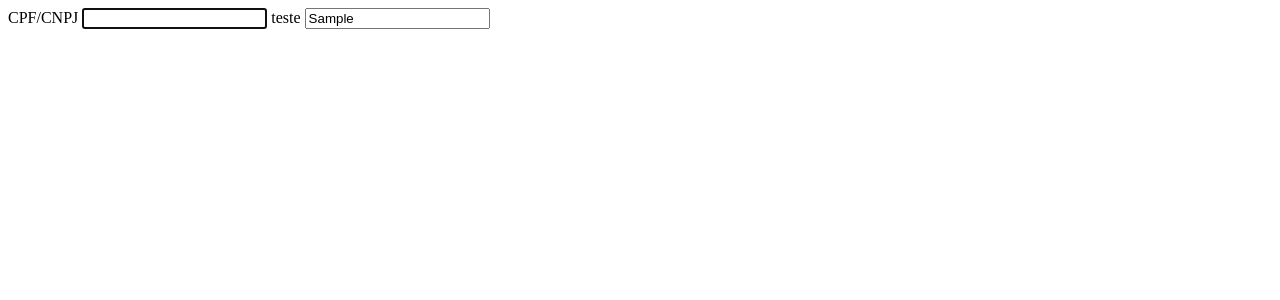
Repository: edsonjuniornarvaes/utils-js
Page: index.html
An editor plug-in stored every save of this project. The page is shown before and after a run of saves, followed by the edit.
The browser window is 1280 px wide. The pictures show the whole page.
Empty fields were first filled with sample values (such as "Sample", 5 or name@example.com).
After loading, the first visible `#validate_cnpj_cpf` was changed once.

Above is the page before, as saved 2020-07-29 00:02:07.

### index.html
<div class="">
    <label>CPF/CNPJ</label>
    <input type="text" class="form-control cnpj_validator" id="validate_cnpj_cpf">
    <label>teste</label>
    <input type="text" class="form-control">
</div>

<script src="./util.js"></script>

### util.js

/**
 * Util Page
 *
 * @author Edson Junior <edsonjunior.narvaes@gmail.com>
 */

/* -----------------------------------------------------------------------------
- Validation "CNPJ/CPF Forms - Valida CNPJ/CPF no mesmo campo em formulários.
- ---------------------------------------------------------------------------- */

let cnpj_cpf = document.getElementById('validate_cnpj_cpf');

cnpj_cpf.addEventListener('change', () => {

    if(verificarCNPJ_CPF(cnpj_cpf.value) == false) {
        alert('Registro inválido.');
        cnpj_cpf.value = "";
        cnpj_cpf.focus();
    }

    alert('Registro válido');

});

// let verifyCNPJCPF = (str) => {
// console.log(str)
//     let value = str.toString();
//     value = value.replace(/[^0-9]/g, '');

//     if(value.length == 11) return valida_cpf(value);
//     if(value.length == 14) return valida_cnpj(value);

//     return false;

// }

function verificarCNPJ_CPF(str) {

    var valor = str.toString();
    valor = valor.replace(/[^0-9]/g, '');

    if (valor.length === 11) {
        return valida_cpf(valor);
    } else if (valor.length === 14) {
        return valida_cnpj(valor);
    } else {
        return false;
    }
}


// let validateCPF = (strCPF) => {

//     let sum = 0;
//     let rest;

//     if ( (strCPF == '00000000000') || (strCPF == '11111111111') || (strCPF == '22222222222') || (strCPF == '33333333333') ||
//          (strCPF == '44444444444') || (strCPF == '55555555555') || (strCPF == '66666666666') || (strCPF == '77777777777') ||
//          (strCPF == '88888888888') || (strCPF == '99999999999') ) return false;

//     for (let i = 1; i <= 9; i++) sum = sum + parseInt(strCPF.substring(i - 1, i)) * (11 - i);
//     rest = (sum * 10) % 11;

//     if ( (rest == 10) || (rest == 11) ) rest = 0;
//     if ( rest != parseInt( strCPF.substring( 9, 10 )) ) return false;

//     sum = 0;
//     for ( i = 1; i <= 10; i++ ) sum = sum + parseInt( strCPF.substring(i - 1, i) ) * ( 12 - i );
//     rest = (sum * 10) % 11;

//     if ( (rest == 10) || (rest == 11) ) rest = 0;
//     if ( rest != parseInt(strCPF.substring( 10, 11 ) )) return false;

//     return true;
// }

// function validateCnpj(cnpj) {

//     if ( (cnpj == "00000000000000") || (cnpj == "11111111111111") || (cnpj == "22222222222222") || (cnpj == "33333333333333") ||
//          (cnpj == "44444444444444") || (cnpj == "55555555555555") || (cnpj == "66666666666666") || (cnpj == "77777777777777") ||
//          (cnpj == "88888888888888") || (cnpj == "99999999999999") ) return false;

//     let width = cnpj.length - 2
//     let numbers = cnpj.substring(0, width);
//     let digts = cnpj.substring(width);
//     let sum = 0;
//     let pos = width - 7;

//     for ( let i = width; i >= 1; i-- ) {
//         sum += numbers.charAt( width - i ) * pos--;
//         if ( pos < 2 ) pos = 9;
//     }

//     let resultado = sum % 11 < 2 ? 0 : 11 - sum % 11;

//     if ( resultado != digts.charAt(0) ) return false;

//     width = width + 1;
//     numbers = cnpj.substring(0, width);
//     sum = 0;
//     pos = width - 7;

//     for ( i = width; i >= 1; i-- ) {
//         sum += numbers.charAt( width - i ) * pos--;
//         if ( pos < 2 ) pos = 9;
//     }

//     resultado = sum % 11 < 2 ? 0 : 11 - sum % 11;

//     if (resultado != digts.charAt(1)) return false;

//     return true;
// }
function valida_cpf(strCPF) {
    var Soma;
    var Resto;
    Soma = 0;

    if ((strCPF == '00000000000') ||
        (strCPF == '11111111111') ||
        (strCPF == '22222222222') ||
        (strCPF == '33333333333') ||
        (strCPF == '44444444444') ||
        (strCPF == '55555555555') ||
        (strCPF == '66666666666') ||
        (strCPF == '77777777777') ||
        (strCPF == '88888888888') ||
        (strCPF == '99999999999')) return false;

    for (var i = 1; i <= 9; i++) {
        Soma = Soma + parseInt(strCPF.substring(i - 1, i)) * (11 - i);
    }

    Resto = (Soma * 10) % 11;

    if ((Resto == 10) || (Resto == 11)) Resto = 0;
    if (Resto != parseInt(strCPF.substring(9, 10))) return false;

    Soma = 0;
    for (i = 1; i <= 10; i++) Soma = Soma + parseInt(strCPF.substring(i - 1, i)) * (12 - i);
    Resto = (Soma * 10) % 11;

    if ((Resto == 10) || (Resto == 11)) Resto = 0;
    if (Resto != parseInt(strCPF.substring(10, 11))) return false;

    return true;
}

function valida_cnpj(cnpj) {

    if (cnpj == "00000000000000" ||
        cnpj == "11111111111111" ||
        cnpj == "22222222222222" ||
        cnpj == "33333333333333" ||
        cnpj == "44444444444444" ||
        cnpj == "55555555555555" ||
        cnpj == "66666666666666" ||
        cnpj == "77777777777777" ||
        cnpj == "88888888888888" ||
        cnpj == "99999999999999") return false;

    var tamanho = cnpj.length - 2
    var numeros = cnpj.substring(0, tamanho);
    var digitos = cnpj.substring(tamanho);
    var soma = 0;
    var pos = tamanho - 7;

    for (var i = tamanho; i >= 1; i--) {
        soma += numeros.charAt(tamanho - i) * pos--;
        if (pos < 2)
            pos = 9;
    }

    var resultado = soma % 11 < 2 ? 0 : 11 - soma % 11;

    if (resultado != digitos.charAt(0))
        return false;

    tamanho = tamanho + 1;
    numeros = cnpj.substring(0, tamanho);
    soma = 0;
    pos = tamanho - 7;

    for (i = tamanho; i >= 1; i--) {
        soma += numeros.charAt(tamanho - i) * pos--;
        if (pos < 2)
            pos = 9;
    }

    resultado = soma % 11 < 2 ? 0 : 11 - soma % 11;

    if (resultado != digitos.charAt(1))
        return false;

    return true;
}

After the next 2 saves:
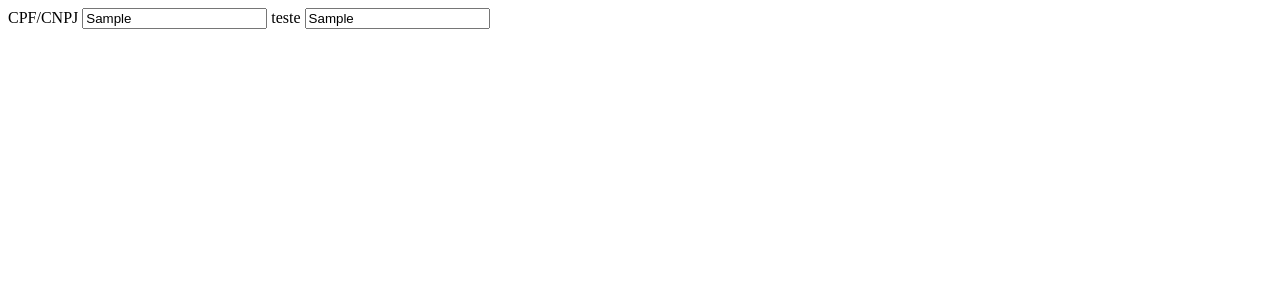
The 2 saves are shown as one change because they came seconds apart.
The last was saved 44 s later.
--- a/util.js
+++ b/util.js
@@ -13,13 +13,28 @@ let cnpj_cpf = document.getElementById('validate_cnpj_cpf');
 
 cnpj_cpf.addEventListener('change', () => {
 
-    if(verificarCNPJ_CPF(cnpj_cpf.value) == false) {
-        alert('Registro inválido.');
-        cnpj_cpf.value = "";
-        cnpj_cpf.focus();
-    }
-
-    alert('Registro válido');
+    // if(verificarCNPJ_CPF(cnpj_cpf.value) == false) {
+    //     alert('Registro inválido.');
+    //     cnpj_cpf.value = "";
+    //     cnpj_cpf.focus();
+    // }
+
+    // alert('Registro válido');
+
+    function verificarCNPJ_CPF(str) {
+
+        var valor = str.toString();
+        valor = valor.replace(/[^0-9]/g, '');
+
+        if (valor.length === 11) {
+            return valida_cpf(valor);
+        } else if (valor.length === 14) {
+            return valida_cnpj(valor);
+        } else {
+            return false;
+        }
+    }
+
 
 });
 
